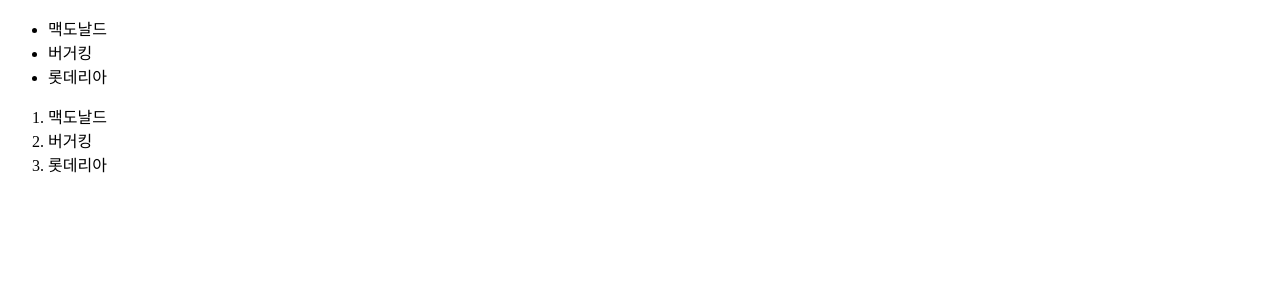
Repository: Johyerim06/Class_internetProgramming
Page: class01/dd/11.html
An editor plug-in stored every save of this project. The page is shown before and after the next save, followed by the edit.
The browser window is 1280 px wide. The pictures show the whole page.

Above is the page before, as saved 2025-03-13 11:56:32.

### class01/dd/11.html
<!DOCTYPE html>
<html>
<head>
<meta charset="UTF-8">
<title>Insert title here</title>
</head>
<body>
<ul>
	<li>맥도날드</li>
	<li>버거킹</li>
	<li>롯데리아</li>
</ul>
<!-- 순서가 없는 리스트 -->
<ol>
	<li>맥도날드</li>
	<li>버거킹</li>
	<li>롯데리아</li>
</ol>
</body>
</html>

After the next save:
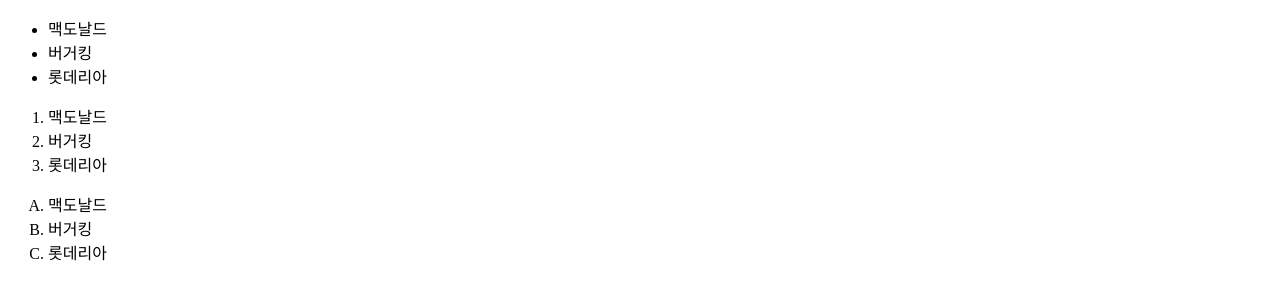
Saved 2 min 33 s later.
--- a/class01/dd/11.html
+++ b/class01/dd/11.html
@@ -9,9 +9,16 @@
 	<li>맥도날드</li>
 	<li>버거킹</li>
 	<li>롯데리아</li>
+	<!-- list item 줄여서 li -->
 </ul>
-<!-- 순서가 없는 리스트 -->
+<!-- unordered list 순서가 없는 리스트 -->
 <ol>
+	<li>맥도날드</li>
+	<li>버거킹</li>
+	<li>롯데리아</li>
+</ol>
+<!-- ordered list 순서가 있는 리스트 -->
+<ol type ="A">
 	<li>맥도날드</li>
 	<li>버거킹</li>
 	<li>롯데리아</li>
